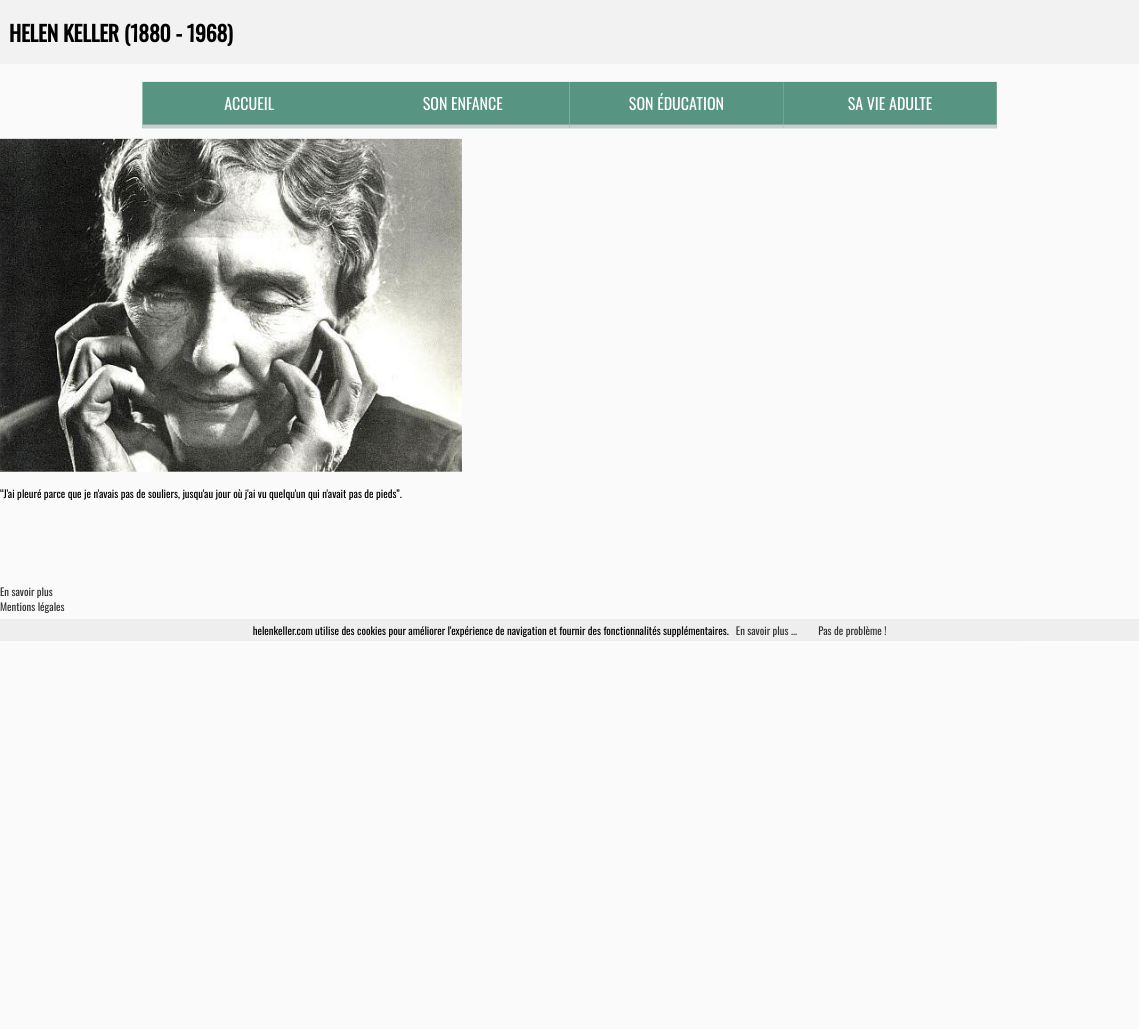
Repository: Luc010/Exercices
Page: HTML CSS/biographie_helen_keller/index.html
An editor plug-in stored every save of this project. The page is shown before and after a run of saves, followed by the edit.
The browser window is 1280 px wide. The pictures show the whole page, at 89% of full size.

Above is the page before, as saved 2019-09-06 09:31:32.

### HTML CSS/biographie_helen_keller/index.html
<!DOCTYPE html>
<html lang="fr">
<head>
    <title>Biographie Helen Keller - Accueil</title>
    <meta charset="UTF-8">
    <meta name="viewport" content="width=device-width, initial-scale=1.0">
    <meta http-equiv="X-UA-Compatible" content="ie=edge">
    <link href="style.css" rel="stylesheet">
</head>
<body>
    <header>
        <div class="brand">
            <h1>HELEN KELLER (1880 - 1968)</h1>
        </div>
    </header>
        <nav>
            <ul class="navbar">
                <li class="navlink"><a href="index.html">Accueil</a></li>
                <li class="navlink"><a href="enfance.html">Son enfance</a></li>
                <li class="navlink"><a href="education.html">Son éducation</a></li>
                <li class="navlink"><a href="adulte.html">Sa vie adulte</a></li>
            </ul>
        </nav>
        <main>
            <div class="container">
                <p><img src="img/hk.jpg" alt="helen Keller portrait"></p>
                <p>“J'ai pleuré parce que je n'avais pas de souliers, jusqu'au jour où j'ai vu quelqu'un qui n'avait pas de
                    pieds”.
                </p>
            </div>
        </main>
        <footer>
            <div class="container">
                <!-- ul>li*5>a{lien$} -->
                <ul>
                    <li><a href="savoirplus.html">En savoir plus</a></li>
                    <li><a href="mentions.html">Mentions légales</a></li>
                </ul>
            </div>
        </footer>
    <script src="cookiechoices.js"></script>
    <script>document.addEventListener('DOMContentLoaded', function(event) {
        cookieChoices.showCookieConsentBar('helenkeller.com utilise des cookies pour améliorer l\'expérience de navigation et fournir des fonctionnalités supplémentaires.',
          'Pas de problème !', 'En savoir plus ...', 'http://127.0.0.1:5500/biographie_helen_keller/adulte.html');
      });
    </script>
</body>
</html>

### HTML CSS/biographie_helen_keller/style.css
@import url('https://fonts.googleapis.com/css?family=Oswald&display=swap');

/* GENERAL */
*{
    box-sizing: border-box;
}
body{
    margin: 0;
    padding: 0;
    background-color: #fafafa;
    font-size: 12px;
    font-family: 'Oswald',corbel,calibri,sans-serif;
}
h1{
    margin: 0;
}
a{
    text-decoration: none;
    color: #323232;
}
ul,li{
    list-style: none;
    margin: 0;
    padding: 0;
}
nav{
    width: 960px;
    margin:20px auto 0 auto;
}
.navbar{
    text-align: center;
    display: flex;
    justify-content: space-between;
}
.navlink{
    width: 100%;
    font-size: 18px;
    background-color: #589482;
    line-height: 48px;
    text-transform: uppercase;
    font-weight: 500;
}
.navlink:hover{
    background-color: #323232;
}
.navlink > a{
    color: white;
}
ul > .navlink{
    border-bottom: solid 4px #ccc;
}
/* HEADER */

header{
    background-color: #f2f2f2;
    height: 72px;
    display:flex;
    align-items: center;
}
.brand{
    text-indent: 10px;
}

/* BODY */

.container{
    width: 960px;
    min-height: 500px;
}

### HTML CSS/biographie_helen_keller/cookiechoices.js
/*
 Copyright 2014 Google Inc. All rights reserved.

 Licensed under the Apache License, Version 2.0 (the "License");
 you may not use this file except in compliance with the License.
 You may obtain a copy of the License at

 http://www.apache.org/licenses/LICENSE-2.0

 Unless required by applicable law or agreed to in writing, software
 distributed under the License is distributed on an "AS IS" BASIS,
 WITHOUT WARRANTIES OR CONDITIONS OF ANY KIND, either express or implied.
 See the License for the specific language governing permissions and
 limitations under the License.
 */

(function(window) {

  if (!!window.cookieChoices) {
    return window.cookieChoices;
  }

  var document = window.document;
  // IE8 does not support textContent, so we should fallback to innerText.
  var supportsTextContent = 'textContent' in document.body;

  var cookieChoices = (function() {

    var cookieName = 'displayCookieConsent';
    var cookieConsentId = 'cookieChoiceInfo';
    var dismissLinkId = 'cookieChoiceDismiss';

    function _createHeaderElement(cookieText, dismissText, linkText, linkHref) {
      var butterBarStyles = 'position:fixed;width:100%;background-color:#eee;' +
          'margin:0; left:0; bottom:0;padding:4px;z-index:1000;text-align:center;';

      var cookieConsentElement = document.createElement('div');
      cookieConsentElement.id = cookieConsentId;
      cookieConsentElement.style.cssText = butterBarStyles;
      cookieConsentElement.appendChild(_createConsentText(cookieText));

      if (!!linkText && !!linkHref) {
        cookieConsentElement.appendChild(_createInformationLink(linkText, linkHref));
      }
      cookieConsentElement.appendChild(_createDismissLink(dismissText));
      return cookieConsentElement;
    }

    function _createDialogElement(cookieText, dismissText, linkText, linkHref) {
      var glassStyle = 'position:fixed;width:100%;height:100%;z-index:999;' +
          'top:0;left:0;opacity:0.5;filter:alpha(opacity=50);' +
          'background-color:#ccc;';
      var dialogStyle = 'z-index:1000;position:fixed;left:50%;top:50%';
      var contentStyle = 'position:relative;left:-50%;margin-top:-25%;' +
          'background-color:#fff;padding:20px;box-shadow:4px 4px 25px #888;';

      var cookieConsentElement = document.createElement('div');
      cookieConsentElement.id = cookieConsentId;

      var glassPanel = document.createElement('div');
      glassPanel.style.cssText = glassStyle;

      var content = document.createElement('div');
      content.style.cssText = contentStyle;

      var dialog = document.createElement('div');
      dialog.style.cssText = dialogStyle;

      var dismissLink = _createDismissLink(dismissText);
      dismissLink.style.display = 'block';
      dismissLink.style.textAlign = 'right';
      dismissLink.style.marginTop = '8px';

      content.appendChild(_createConsentText(cookieText));
      if (!!linkText && !!linkHref) {
        content.appendChild(_createInformationLink(linkText, linkHref));
      }
      content.appendChild(dismissLink);
      dialog.appendChild(content);
      cookieConsentElement.appendChild(glassPanel);
      cookieConsentElement.appendChild(dialog);
      return cookieConsentElement;
    }

    function _setElementText(element, text) {
      if (supportsTextContent) {
        element.textContent = text;
      } else {
        element.innerText = text;
      }
    }

    function _createConsentText(cookieText) {
      var consentText = document.createElement('span');
      _setElementText(consentText, cookieText);
      return consentText;
    }

    function _createDismissLink(dismissText) {
      var dismissLink = document.createElement('a');
      _setElementText(dismissLink, dismissText);
      dismissLink.id = dismissLinkId;
      dismissLink.href = '#';
      dismissLink.style.marginLeft = '24px';
      return dismissLink;
    }

    function _createInformationLink(linkText, linkHref) {
      var infoLink = document.createElement('a');
      _setElementText(infoLink, linkText);
      infoLink.href = linkHref;
      infoLink.target = '_blank';
      infoLink.style.marginLeft = '8px';
      return infoLink;
    }

    function _dismissLinkClick() {
      _saveUserPreference();
      _removeCookieConsent();
      return false;
    }

    function _showCookieConsent(cookieText, dismissText, linkText, linkHref, isDialog) {
      if (_shouldDisplayConsent()) {
        _removeCookieConsent();
        var consentElement = (isDialog) ?
            _createDialogElement(cookieText, dismissText, linkText, linkHref) :
            _createHeaderElement(cookieText, dismissText, linkText, linkHref);
        var fragment = document.createDocumentFragment();
        fragment.appendChild(consentElement);
        document.body.appendChild(fragment.cloneNode(true));
        document.getElementById(dismissLinkId).onclick = _dismissLinkClick;
      }
    }

    function showCookieConsentBar(cookieText, dismissText, linkText, linkHref) {
      _showCookieConsent(cookieText, dismissText, linkText, linkHref, false);
    }

    function showCookieConsentDialog(cookieText, dismissText, linkText, linkHref) {
      _showCookieConsent(cookieText, dismissText, linkText, linkHref, true);
    }

    function _removeCookieConsent() {
      var cookieChoiceElement = document.getElementById(cookieConsentId);
      if (cookieChoiceElement != null) {
        cookieChoiceElement.parentNode.removeChild(cookieChoiceElement);
      }
    }

    function _saveUserPreference() {
      // Set the cookie expiry to one year after today.
      var expiryDate = new Date();
      expiryDate.setFullYear(expiryDate.getFullYear() + 1);
      document.cookie = cookieName + '=y; expires=' + expiryDate.toGMTString();
    }

    function _shouldDisplayConsent() {
      // Display the header only if the cookie has not been set.
      return !document.cookie.match(new RegExp(cookieName + '=([^;]+)'));
    }

    var exports = {};
    exports.showCookieConsentBar = showCookieConsentBar;
    exports.showCookieConsentDialog = showCookieConsentDialog;
    return exports;
  })();

  window.cookieChoices = cookieChoices;
  return cookieChoices;
})(this);

After the next 2 saves:
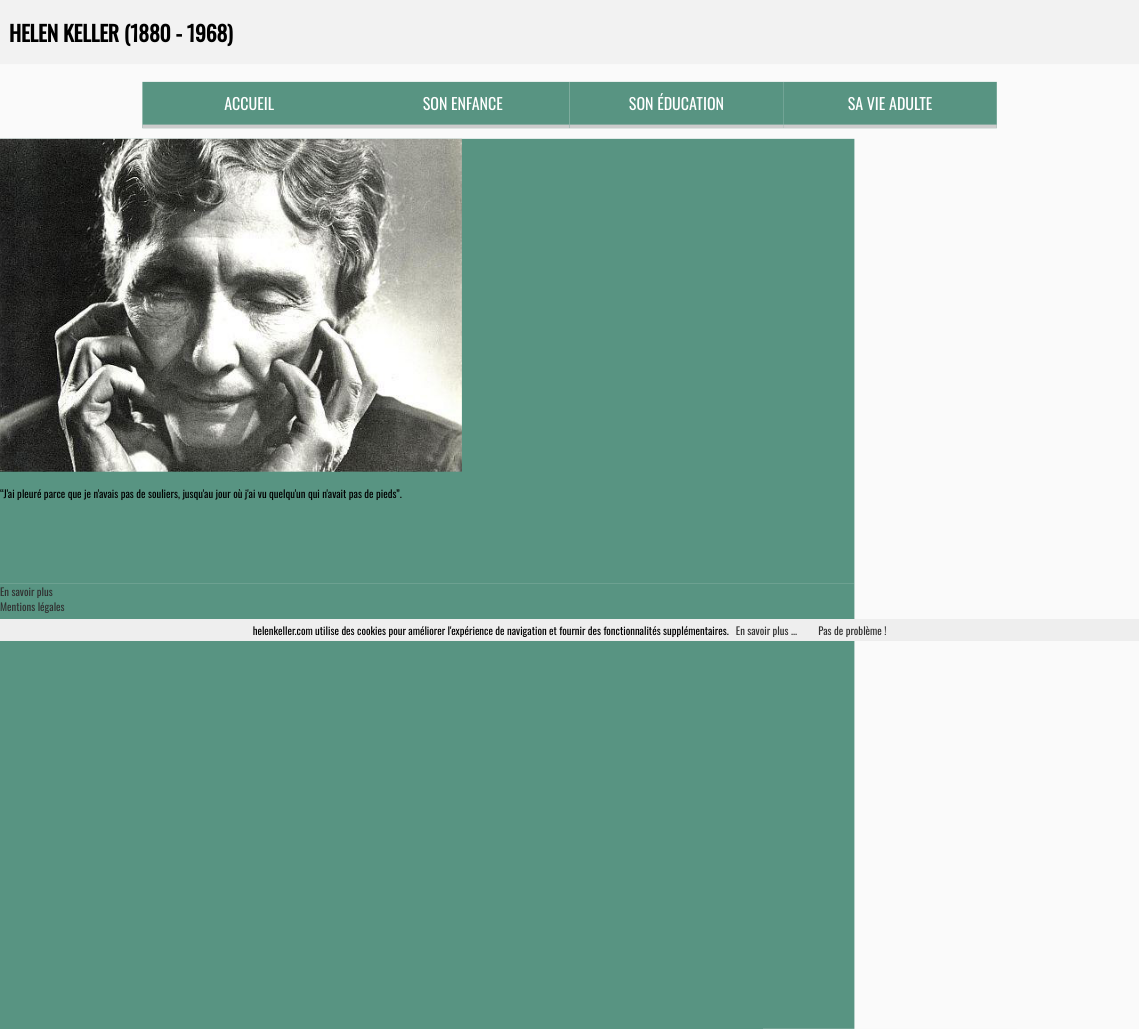
The 2 saves are shown as one change because they came seconds apart.
The last was saved 11 s later.
--- a/HTML CSS/biographie_helen_keller/style.css
+++ b/HTML CSS/biographie_helen_keller/style.css
@@ -66,4 +66,5 @@
 .container{
     width: 960px;
     min-height: 500px;
+    background-color: #589482;
 }

After the save that followed:
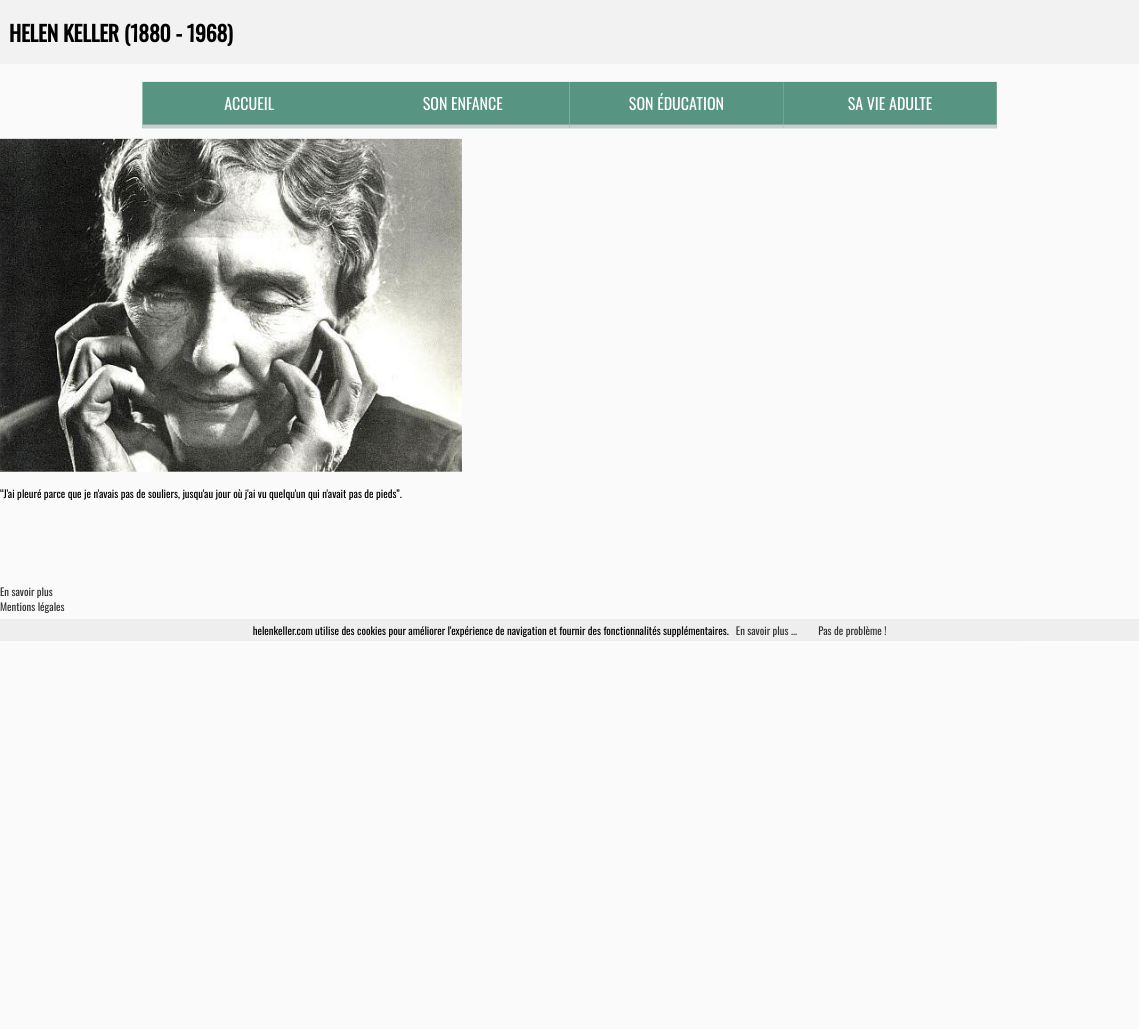
Saved 17 s later.
--- a/HTML CSS/biographie_helen_keller/style.css
+++ b/HTML CSS/biographie_helen_keller/style.css
@@ -66,5 +66,5 @@
 .container{
     width: 960px;
     min-height: 500px;
-    background-color: #589482;
+    background-color: ;
 }
